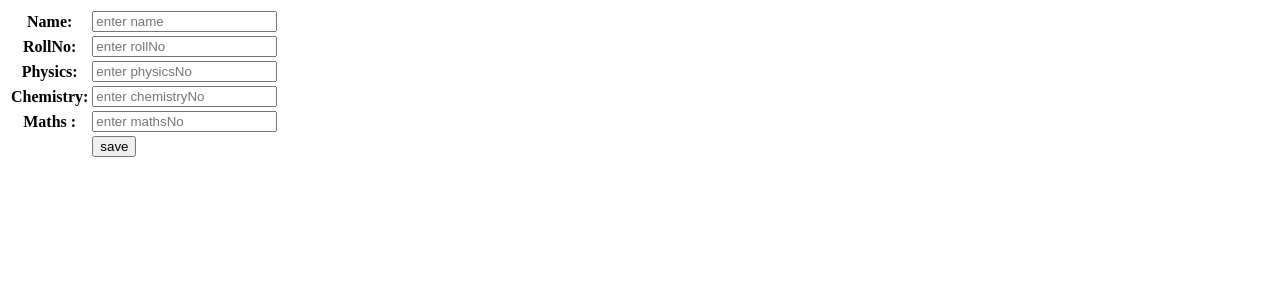
Repository: aryan190504/Advance-java
Page: http://localhost/DynamicWebProject/MarksheetView.jsp
The author's editor kept a copy of each file at every save. The page is drawn from the files as they stood at one save, then again after the next save.
The browser window is 1280 px wide. The pictures show the whole page.
The page is served by Tomcat 9.

Above is the page before, as saved 2024-09-12 13:44:32.

After the next save:
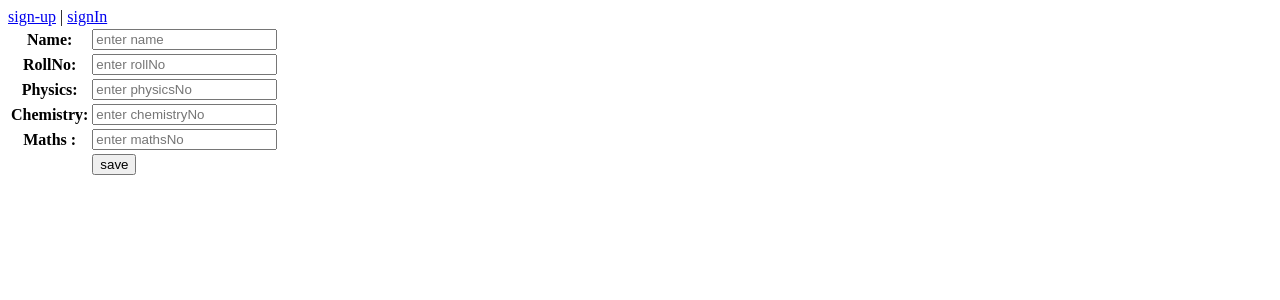
Saved 20 s later.
--- a/Dynamicadvance/DynamicWebProject/WebContent/Header.jsp
+++ b/Dynamicadvance/DynamicWebProject/WebContent/Header.jsp
@@ -21,7 +21,8 @@
 	<%
 		} else {
 	%>
-
+	<a href="UserRegistrationCtl">sign-up</a> |
+	<a href="LoginCtl">signIn</a>
 	<%	}
 		%>
 
